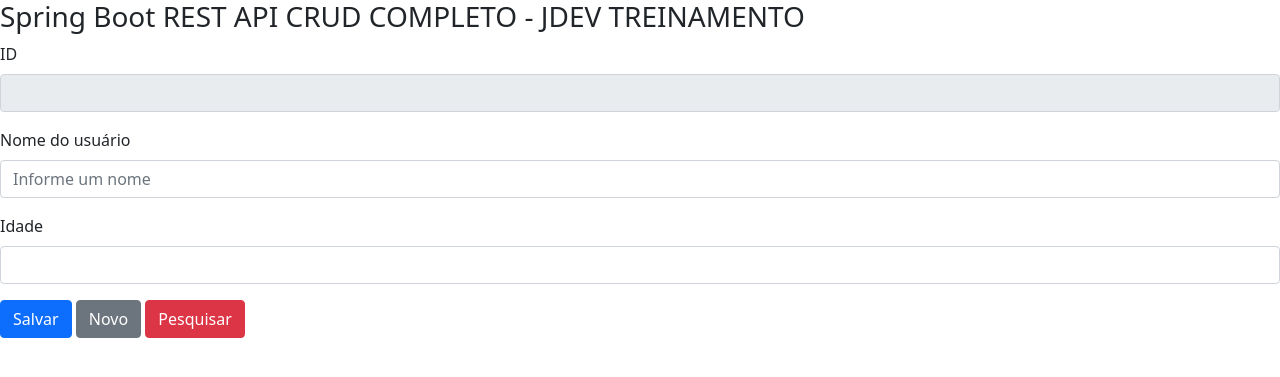
Repository: taian10/uploadCrudJava
Page: eclipse-workspace/springboot-rest-api-sample/src/main/resources/static/index.html
These files come from the project's save history. The page is drawn as it stood at one moment and after the next save; the edit follows.
The browser window is 1280 px wide. The pictures show the whole page.

Above is the page before, as saved 2022-01-11 00:14:33.

### eclipse-workspace/springboot-rest-api-sample/src/main/resources/static/index.html
<!DOCTYPE html>
<html lang="en">
<head>
<meta charset="ISO-8859-1">
<title>Insert title here</title>

<!-- Bootstrap CSS -->
<link
	href="https://cdn.jsdelivr.net/npm/bootstrap@5.1.3/dist/css/bootstrap.min.css"
	rel="stylesheet"
	integrity="sha384-1BmE4kWBq78iYhFldvKuhfTAU6auU8tT94WrHftjDbrCEXSU1oBoqyl2QvZ6jIW3"
	crossorigin="anonymous">

</head>
<body>

	<h3>Spring Boot REST API CRUD COMPLETO - JDEV TREINAMENTO</h3>

	<form action="" id="formCadastroUser">


		<div class="mb-3">
			<label for="id" class="form-label">ID</label> <input type="text"
				class="form-control" id="id" readonly="readonly">
		</div>

		<div class="mb-3">
			<label for="nome" class="form-label">Nome do usuário</label> <input
				type="text" class="form-control" id="nome"
				placeholder="Informe um nome" required="required">
		</div>

		<div class="mb-3">
			<label for="idade" class="form-label"">Idade</label> <input
				type="number" class="form-control" id="idade">
		</div>


	</form>

	<button type="button" class="btn btn-primary" onclick="salvarUsuario()">Salvar</button>
	<button type="button" class="btn btn-secondary"
		onclick="document.getElementById('formCadastroUser').reset();">Novo</button>
	<button type="button" class="btn btn-danger" data-bs-toggle="modal"
		data-bs-target="#modalPesquisarUser">Pesquisar</button>

	<div class="modal fade" id="modalPesquisarUser" tabindex="-1"
		aria-labelledby="exampleModalLabel" aria-hidden="true">
		<div class="modal-dialog">
			<div class="modal-content">
				<div class="modal-header">
					<h5 class="modal-title" id="exampleModalLabel">Pesquisa de
						Usuário:</h5>
					<button type="button" class="btn-close" data-bs-dismiss="modal"
						aria-label="Close"></button>
				</div>
				<div class="modal-body">
					<form>
						<div class="mb-3">
							<label for="nameBusca" class="col-form-label">Informe o
								Nome:</label> <input type="text" class="form-control" id="nameBusca">
						</div>
					</form>
				</div>
				<div class="modal-footer">
					<button type="button" class="btn btn-secondary"
						data-bs-dismiss="modal">Close</button>
					<button type="button" class="btn btn-primary">Send message</button>
				</div>
			</div>
		</div>
	</div>


	<script src="https://code.jquery.com/jquery-3.6.0.min.js"
		integrity="sha256-/xUj+3OJU5yExlq6GSYGSHk7tPXikynS7ogEvDej/m4="
		crossorigin="anonymous"></script>

	<!-- Option 1: Bootstrap Bundle with Popper -->
	<script
		src="https://cdn.jsdelivr.net/npm/bootstrap@5.1.3/dist/js/bootstrap.bundle.min.js"
		integrity="sha384-ka7Sk0Gln4gmtz2MlQnikT1wXgYsOg+OMhuP+IlRH9sENBO0LRn5q+8nbTov4+1p"
		crossorigin="anonymous"></script>

	<script type="text/javascript">
		function salvarUsuario() {

			var id = $("#id").val();
			var nome = $("#nome").val();
			var idade = $("#idade").val();

			$.ajax({
				method : "POST",
				url : "salvar",
				data : JSON.stringify({
					id : id,
					nome : nome,
					idade : idade
				}),
				contentType : "application/json; charset-utf-8",
				success : function(response) {

					$("#id").val(response.id);
					alert("Gravou com sucesso!!")
				}
			}).fail(function(xhr, status, errorThrown) {
				alert("Erro ao salvar usuário: " + xhr.responseText);
			});

		}
	</script>
</body>
</html>

After the next save:
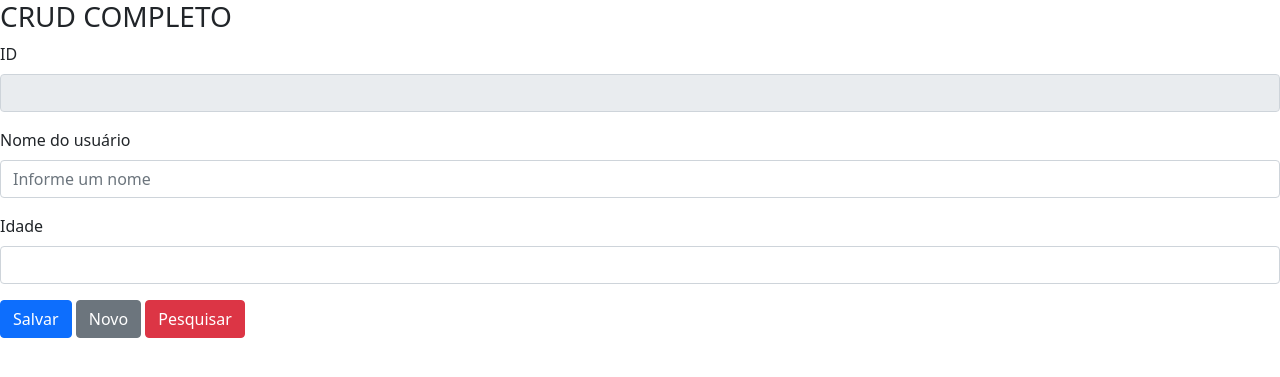
Saved 31 s later.
--- a/eclipse-workspace/springboot-rest-api-sample/src/main/resources/static/index.html
+++ b/eclipse-workspace/springboot-rest-api-sample/src/main/resources/static/index.html
@@ -14,7 +14,7 @@
 </head>
 <body>
 
-	<h3>Spring Boot REST API CRUD COMPLETO - JDEV TREINAMENTO</h3>
+	<h3>CRUD COMPLETO</h3>
 
 	<form action="" id="formCadastroUser">
 
